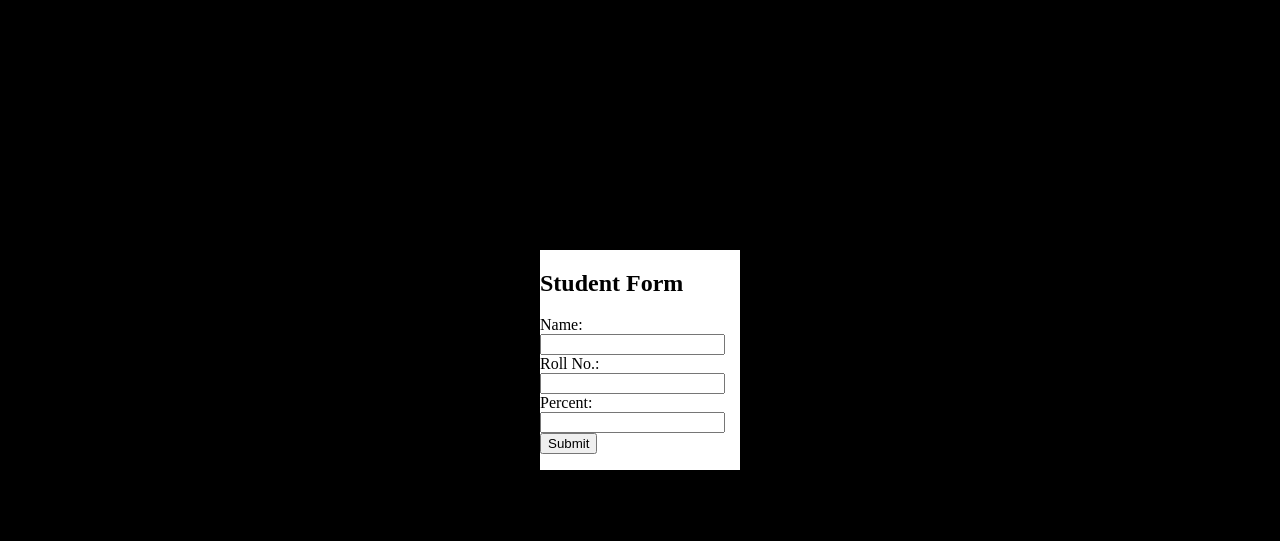
Repository: deeptimahisare1206/Todo_List
Page: http://localhost/Hib_Nest/
The author's editor kept a copy of each file at every save. The page is drawn from the files as they stood at one save, then again after the next save.
The browser window is 1280 px wide. The pictures show the whole page.
The page is served by Tomcat 10.

Above is the page before, as saved 2024-11-09 10:51:32.

After the next save:
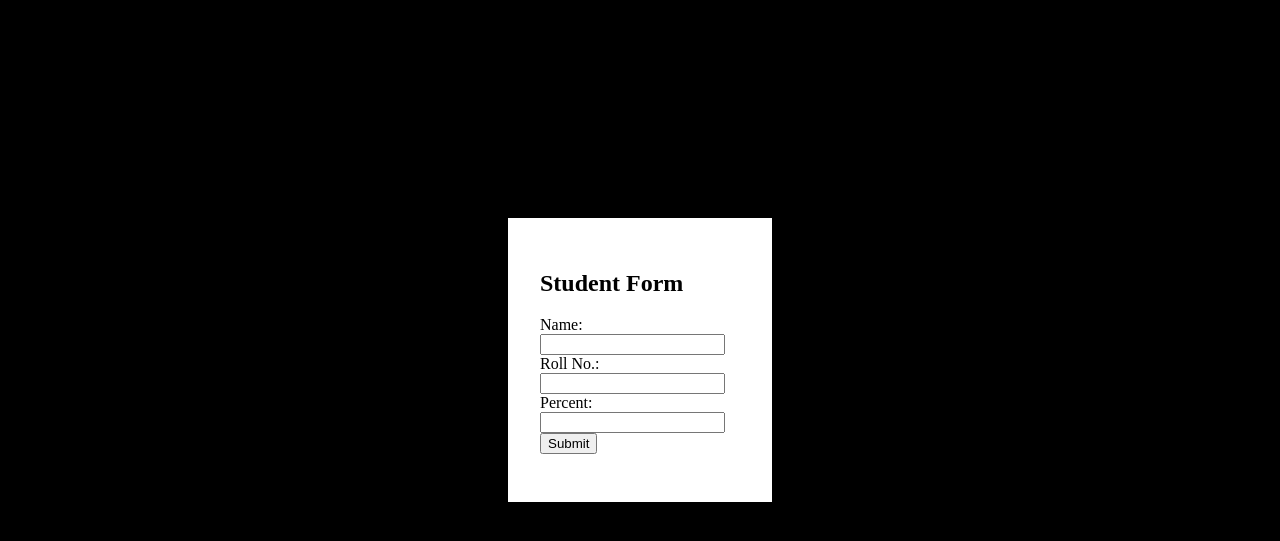
Saved 32 s later.
--- a/Hib_Nest/src/main/webapp/index.jsp
+++ b/Hib_Nest/src/main/webapp/index.jsp
@@ -10,6 +10,7 @@ body {
 }
 
 div{
+padding:2rem;
 	background-color: white;
 	width: 200px;
 }
